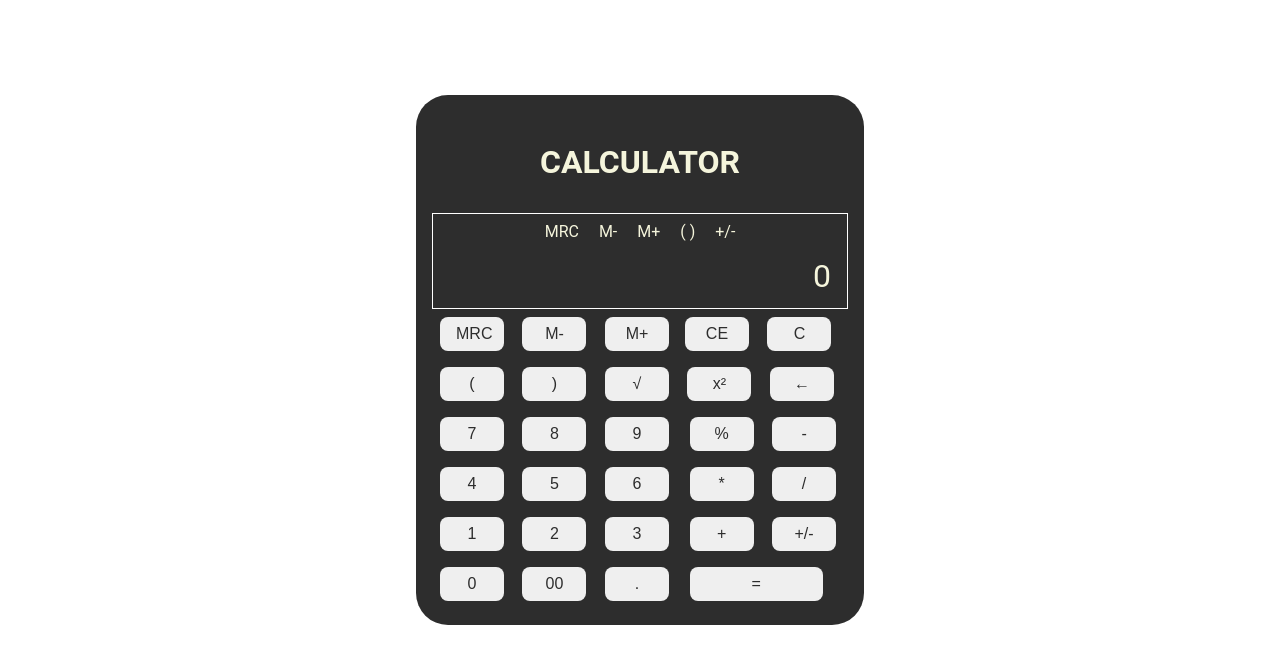
Repository: Denis793/CalculatorNew
Page: index.html
The author's editor kept a copy of each file at every save. The page is drawn from the files as they stood at one save, then again after the next save.
The browser window is 1280 px wide. The pictures show the whole page.
The style sheet was rebuilt from its Sass, Less or Tailwind sources for each picture, by a compiler version that may differ from the author's.

Above is the page before, as saved 2025-05-17 18:57:47.

### index.html
<!DOCTYPE html>
<html lang="en">
  <head>
    <meta charset="UTF-8" />
    <meta name="viewport" content="width=device-width, initial-scale=1.0" />
    <title>Calculator</title>
    <link rel="stylesheet" href="./app/style/css/main.css" />
  </head>
  <body>
    <div class="calculatorContainer">
      <h1>Calculator</h1>

      <div class="display">
        <div class="indicators">
          <span class="indicator" data-key="MRC">MRC</span>
          <span class="indicator" data-key="M-">M-</span>
          <span class="indicator" data-key="M+">M+</span>
          <span class="indicator" data-key="()">( )</span>
          <span class="indicator" data-key="+/-">+/-</span>
        </div>

        <ul id="historyList"></ul>

        <div class="previous"></div>
        <div class="current"></div>
      </div>

      <div class="keypad">
        <div class="memoryBtn">
          <button class="button">MRC</button>
          <button class="button">M-</button>
          <button class="button">M+</button>
        </div>

        <div class="cleanBtn">
          <button class="button">CE</button>
          <button class="button ac">C</button>
        </div>

        <div class="buttonFirst">
          <button class="button">(</button>
          <button class="button">)</button>
          <button class="button">√</button>
          <button class="button">x²</button>
          <button class="button">←</button>
        </div>

        <div class="numbersBtn">
          <button class="button">7</button>
          <button class="button">8</button>
          <button class="button">9</button>

          <button class="button">4</button>
          <button class="button">5</button>
          <button class="button">6</button>

          <button class="button">1</button>
          <button class="button">2</button>
          <button class="button">3</button>

          <button class="button">0</button>
          <button class="button">00</button>
          <button class="button">.</button>
        </div>

        <div class="operationsBtn">
          <button class="button">%</button>
          <button class="button">-</button>
          <button class="button">*</button>
          <button class="button">/</button>
          <button class="button plus">+</button>
          <button class="button">+/-</button>
          <button class="button equal">=</button>
        </div>
      </div>
    </div>
    <script type="module" src="./app/js/main.js"></script>
  </body>
</html>

### app/js/main.js
import { initializeCalculator } from './state.js';
import './memory.js';
import './operations.js';
import './equals.js';
import './formatter.js';
import './history.js';
import './inputHandler.js';

initializeCalculator();

### app/js/state.js
import { handleMemory } from './memory.js';
import { handleOperations } from './operations.js';
import { handleEquals } from './equals.js';
import { handleInput } from './inputHandler.js';

export const state = {
  expression: '',
  memory: 0,
  memoryLog: [],
  memoryActive: false,

  finish: false,
  lastOperator: '',
  lastOperand: '',
  history: [],
  MAX_LENGTH: 12,
  displayPrev: document.querySelector('.previous'),
  displayCurr: document.querySelector('.current'),
  buttons: document.querySelector('.keypad'),
  historyList: document.getElementById('historyList'),
  lastFunction: '',
  parenthesesCount: 0,
};

export function clearAll() {
  state.expression = '';
  state.finish = false;
  state.lastOperator = '';
  state.lastOperand = '';
  state.lastFunction = '';
  state.parenthesesCount = 0;
  state.displayCurr.textContent = '0';
  state.displayPrev.textContent = '';
  state.historyList.innerHTML = '';
  state.history = [];
  state.memoryActive = false;

  document.querySelectorAll('.button').forEach((btn) => btn.classList.remove('active-operator'));
  document.querySelectorAll('.indicator').forEach((i) => i.classList.remove('active'));
}

export function initializeCalculator() {
  clearAll();

  document.querySelector('.ac').addEventListener('click', clearAll);

  state.buttons.addEventListener('click', (e) => {
    const btn = e.target;
    if (!btn.classList.contains('button')) return;

    const key = btn.textContent;

    const specialKeys = ['MRC', 'M-', 'M+', '+/-', '√'];
    if (specialKeys.includes(key)) {
      document.querySelectorAll('.indicator').forEach((i) => {
        const keep = i.dataset.key === '()' && state.parenthesesCount > 0;
        if (!keep) i.classList.remove('active');
      });
      const indicator = document.querySelector(`.indicator[data-key="${key}"]`);
      if (indicator) indicator.classList.add('active');
    }

    if (handleMemory(key)) return;
    if (handleOperations(key)) return;
    if (handleEquals(key)) return;
    if (handleInput(key)) return;
  });
}

### app/js/memory.js
import { state } from './state.js';
import { formatExpression } from './formatter.js';

export function handleMemory(key) {
  if (!state.memoryLog) state.memoryLog = [];

  if (key === 'MRC') {
    const indicator = document.querySelector('.indicator[data-key="MRC"]');
    if (state.memoryActive) {
      state.memoryActive = false;
      if (indicator) indicator.classList.remove('active');
    } else {
      state.displayCurr.textContent = formatExpression(state.memory.toString());
      state.expression = state.memory.toString();
      state.finish = false;
      state.memoryActive = true;
      if (indicator) indicator.classList.add('active');
    }
    return true;
  }

  if (key === 'M+') {
    const value = parseFloat(state.displayCurr.textContent.replace(/\s/g, '')) || 0;
    state.memory += value;
    state.memoryLog.push(`+${value}`);
    if (state.memoryLog.length > 5) state.memoryLog.shift();
    state.memoryActive = true;
    const indicator = document.querySelector('.indicator[data-key="MRC"]');
    if (indicator) indicator.classList.add('active');
    return true;
  }

  if (key === 'M-') {
    const value = parseFloat(state.displayCurr.textContent.replace(/\s/g, '')) || 0;
    state.memory -= value;
    state.memoryLog.push(`-${value}`);
    if (state.memoryLog.length > 5) state.memoryLog.shift();
    state.memoryActive = true;
    const indicator = document.querySelector('.indicator[data-key="MRC"]');
    if (indicator) indicator.classList.add('active');
    return true;
  }

  return false;
}

### app/js/operations.js
import { state, clearAll } from './state.js';
import { formatExpression } from './formatter.js';

export function handleOperations(key) {
  if (key === '+/-') {
    if (state.displayCurr.textContent === '0') return true;
    if (state.finish) {
      state.expression = (-parseFloat(state.displayCurr.textContent.replace(/\s/g, ''))).toString();
      state.finish = false;
    } else {
      const match = state.expression.match(/(-?\d+\.?\d*)$/);
      if (match) {
        const num = match[0];
        const inverted = (-parseFloat(num)).toString();
        state.expression = state.expression.slice(0, -num.length) + inverted;
      } else {
        state.expression = '-' + state.expression;
      }
    }
    state.displayCurr.textContent = formatExpression(state.expression);
    return true;
  }

  if (key === '←') {
    if (state.finish) return true;
    state.expression = state.expression.slice(0, -1);
    state.displayCurr.textContent = formatExpression(state.expression) || '0';
    return true;
  }

  if (key === '%') {
    state.expression += '/100';
    state.displayCurr.textContent = formatExpression(state.expression);
    return true;
  }

  if (key === '√') {
    if (state.expression === '') return true;
    const original = state.expression;
    const result = Math.sqrt(eval(original));
    const visible = `√${original}`;
    state.expression = result.toString();
    state.displayCurr.textContent = formatExpression(state.expression);
    state.displayPrev.textContent = visible;
    state.lastFunction = 'sqrt';
    state.lastOperator = '';
    state.lastOperand = '';
    state.finish = true;
    const indicator = document.querySelector(`.indicator[data-key="√"]`);
    if (indicator) indicator.classList.add('active');
    return true;
  }

  if (key === '(') {
    const lastChar = state.expression.slice(-1);
    if (/\d|\)/.test(lastChar)) return true;

    if (state.finish) {
      state.expression = '';
      state.finish = false;
    }

    state.expression += key;
    state.displayCurr.textContent = formatExpression(state.expression);
    state.parenthesesCount++;

    const indicator = document.querySelector('.indicator[data-key="()"]');
    if (indicator) indicator.classList.add('active');

    return true;
  }

  if (key === ')') {
    if (state.finish) {
      state.expression = '';
      state.finish = false;
    }
    state.expression += key;
    state.displayCurr.textContent = formatExpression(state.expression);
    if (state.parenthesesCount > 0) {
      state.parenthesesCount--;
      if (state.parenthesesCount === 0) {
        const indicator = document.querySelector(`.indicator[data-key="()"]`);
        if (indicator) indicator.classList.remove('active');
      }
    }
    return true;
  }

  if (key === 'x²') {
    const value = eval(state.expression || '0');
    const result = value ** 2;
    const visible = `${value}²`;
    state.expression = result.toString();
    state.displayCurr.textContent = formatExpression(state.expression);
    state.displayPrev.textContent = visible;
    state.lastFunction = 'square';
    state.lastOperator = '';
    state.lastOperand = '';
    state.finish = true;
    return true;
  }

  if (key === 'CE') {
    const match = state.expression.match(/.*?(?:[+\-*/(]|^)([\d.]+)$/);
    if (match) {
      state.expression = state.expression.slice(0, -match[1].length);
    } else {
      state.expression = '';
    }
    state.lastFunction = '';
    state.displayCurr.textContent = formatExpression(state.expression) || '0';
    document.querySelectorAll('.indicator').forEach((i) => i.classList.remove('active'));
    return true;
  }

  if (key === 'C') {
    clearAll();
    return true;
  }

  return false;
}

### app/js/equals.js
import { state } from './state.js';
import { formatExpression } from './formatter.js';
import { addToHistory } from './history.js';

export function handleEquals(key) {
  if (key !== '=') return false;

  try {
    const open = (state.expression.match(/\(/g) || []).length;
    const close = (state.expression.match(/\)/g) || []).length;
    if (open !== close) return true;

    if (!state.finish) {
      const result = eval(state.expression);
      const match = state.expression.match(/(.+)([+\-*/])\s*(-?\d+\.?\d*)$/);

      if (match) {
        state.lastOperator = match[2];
        state.lastOperand = match[3];
      } else {
        state.lastOperator = '';
        state.lastOperand = '';
      }

      const visible = state.displayPrev.textContent || state.expression;

      state.displayCurr.textContent = formatExpression(result.toString());
      state.expression = result.toString();
      state.finish = true;
      state.displayPrev.textContent = '';

      const containsOperator = /[+\-*/()]|Math\.sqrt|%/.test(visible);
      const isSame = visible.replace(/\s/g, '') === result.toString();

      if (containsOperator && !isSame) {
        addToHistory(`${visible} = ${result}`);
      }
    } else if (state.lastFunction === 'sqrt' && state.finish) {
      const value = parseFloat(state.expression);
      const result = Math.sqrt(value);
      const visible = `√${value}`;
      state.displayCurr.textContent = formatExpression(result.toString());
      state.expression = result.toString();
      state.displayPrev.textContent = visible;
      addToHistory(`${visible} = ${result}`);
      return true;
    } else if (state.lastOperator && state.lastOperand) {
      state.expression = `${state.expression}${state.lastOperator}${state.lastOperand}`;
      const result = eval(state.expression);
      state.displayCurr.textContent = formatExpression(result.toString());
      state.expression = result.toString();
      addToHistory(`${state.expression} = ${result}`);
    }
  } catch {
    return true;
  }

  return true;
}

### app/js/formatter.js
export function formatExpression(expression) {
  return expression.replace(/\d+/g, (match) => {
    return Number(match).toLocaleString('en-US').replace(/,/g, ' ');
  });
}

### app/js/history.js
import { state } from './state.js';

export function addToHistory(item) {
  state.history.push(item);
  if (state.history.length > 3) state.history.shift();

  state.historyList.innerHTML = '';
  state.history.forEach((entry) => {
    const li = document.createElement('li');
    li.textContent = entry;
    state.historyList.appendChild(li);
  });
}

### app/js/inputHandler.js
import { state } from './state.js';
import { formatExpression } from './formatter.js';

export function handleInput(key) {
  const allowed = ['0', '1', '2', '3', '4', '5', '6', '7', '8', '9', '.', '+', '-', '*', '/', '00'];
  if (!allowed.includes(key)) return false;

  if (state.finish) {
    if (!isNaN(key) || key === '(') state.expression = '';
    state.finish = false;
  }

  const digitsOnly = state.expression.replace(/\D/g, '');
  if (digitsOnly.length >= state.MAX_LENGTH) return true;

  if (state.displayCurr.textContent === '0' && !isNaN(key)) {
    state.expression = key;
  } else {
    state.expression += key;
  }

  state.displayCurr.textContent = formatExpression(state.expression);
  return true;
}

### app/style/scss/main.scss
@use 'reset' as *;
@use 'variables' as *;

.display {
  width: 100%;
  height: 6rem;
}

.indicators {
  width: 100%;
  text-align: center;
  padding: 0.5rem;
  font-size: 1rem;
}

.indicators span {
  padding: 0.5rem;
}

.calculatorContainer {
  display: flex;
  flex-direction: column;
  align-items: center;
  background: #2d2d2d;
  border-radius: 2rem;
  padding: 1rem;
}

h1 {
  font-size: 2rem;
  text-transform: uppercase;
  margin: 2rem;
}

.display {
  width: 100%;
  border: 1px solid #fff;
  text-align: right;
}

.current {
  font-size: 2rem;
  padding: 0.5rem 1rem;
}
button {
  width: 4rem;
  padding: 0.5rem 1rem;
  text-align: center;
  margin: 0.5rem;
  border: none;
  font-size: 1rem;
  border-radius: 0.5rem;
  color: #2d2d2d;
}

.keypad {
  width: 26rem;
  display: flex;
  flex-wrap: wrap;
}

.numbersBtn {
  width: 60%;
}

.operationsBtn {
  width: 40%;
}

.equal {
  width: 80%;
}

### app/style/scss/_reset.scss
* {
  margin: 0;
  padding: 0;
  box-sizing: border-box;
  color: beige;
}

body {
  font-family: 'Roboto', sans-serif;
  font-size: 10px;
  height: 100vh;
  display: flex;
  justify-content: center;
  align-items: center;
}

li {
  list-style: none;
}

### app/style/scss/_variables.scss
:root {
  --memoryBtn: #000;
}

After the next save:
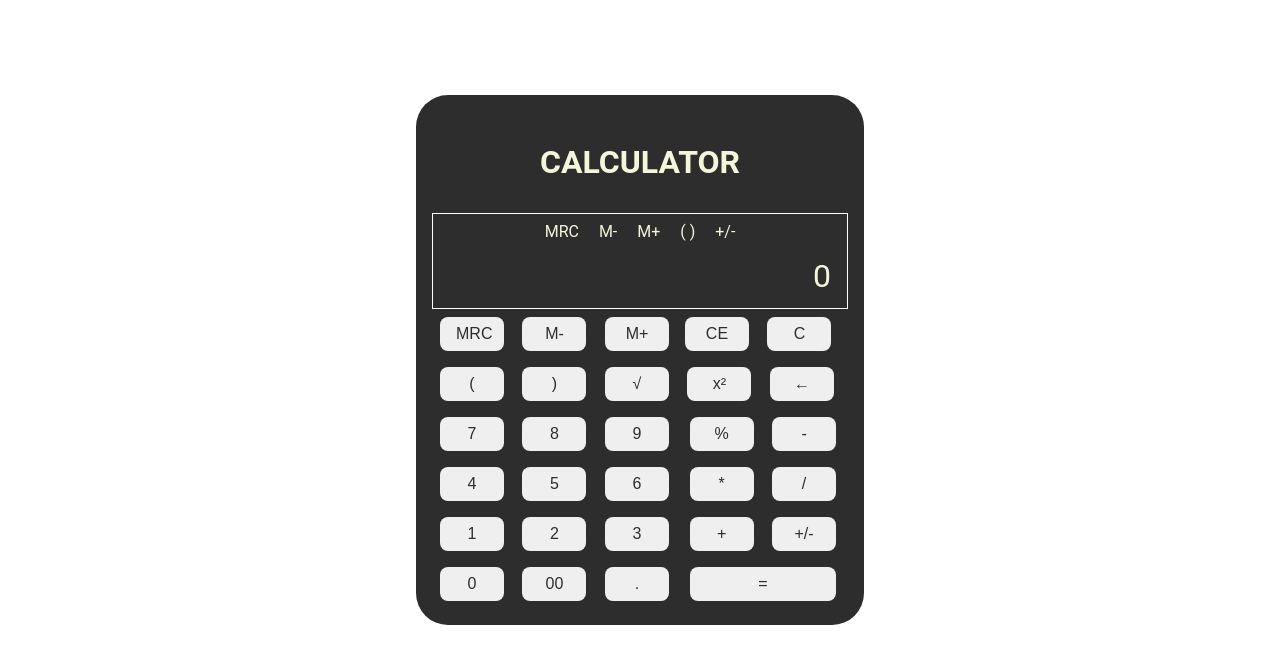
Saved 34 s later.
--- a/app/style/scss/main.scss
+++ b/app/style/scss/main.scss
@@ -68,5 +68,5 @@ button {
 }
 
 .equal {
-  width: 80%;
+  width: 88%;
 }
